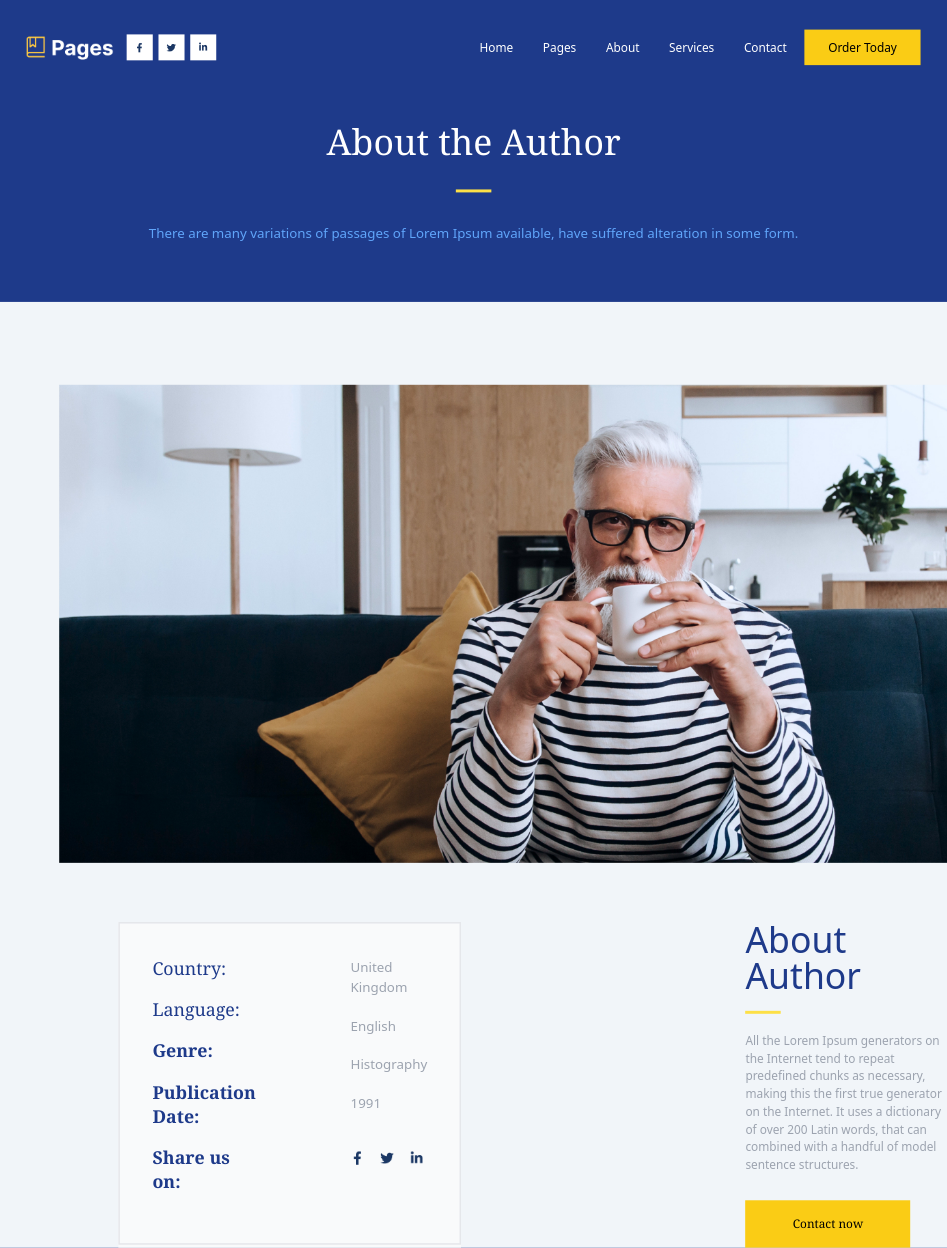
Repository: Godnorg/Class3
Page: index.html
These files come from the project's save history. The page is drawn as it stood at one moment and after a run of saves; the edit follows.
The browser window is 1280 px wide. The pictures show the whole page, at 74% of full size.
Some web libraries are served in a nearby version.

Above is the page before, as saved 2023-02-20 03:10:48.

After the next 2 saves:
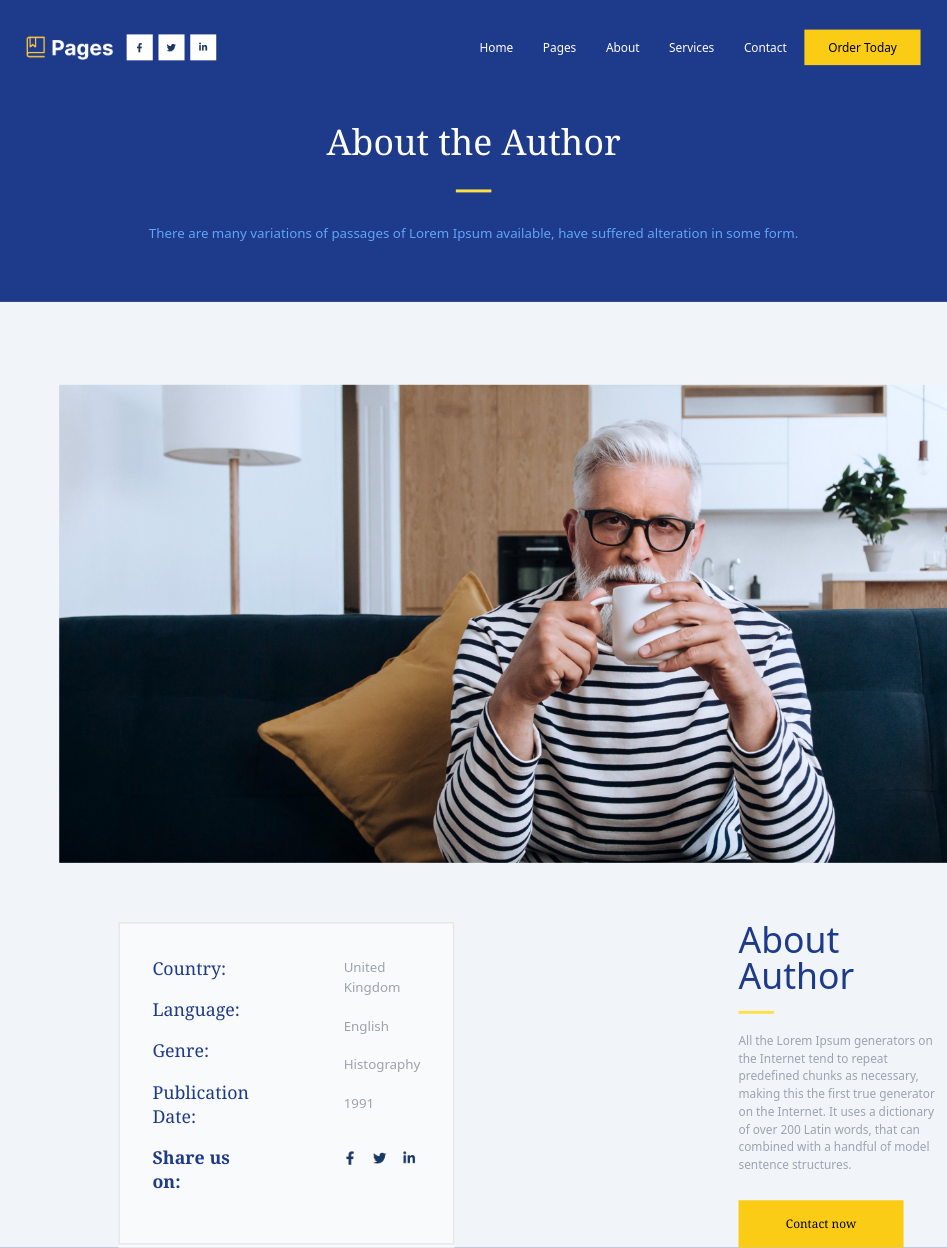
The 2 saves are shown as one change because they came seconds apart.
The last was saved 14 s later.
--- a/index.html
+++ b/index.html
@@ -42,8 +42,8 @@
                 <div class="pr-32">
                 <h2 class="pb-6 font-serif text-2xl font-medium text-blue-900">Country:</h2>
                 <h2 class="pb-6 font-serif text-2xl text-blue-900 font-bod">Language:</h2>
-                <h2 class="pb-6 font-serif text-2xl font-bold text-blue-900">Genre:</h2>
-                <h2 class="pb-6 font-serif text-2xl font-bold text-blue-900">Publication Date:</h2>
+                <h2 class="pb-6 font-serif text-2xl font-medium text-blue-900">Genre:</h2>
+                <h2 class="pb-6 font-serif text-2xl font-medium text-blue-900">Publication Date:</h2>
                 <h2 class="pb-6 font-serif text-2xl font-bold text-blue-900">Share us on:</h2>
                 </div>
                 <div class="p-0">
